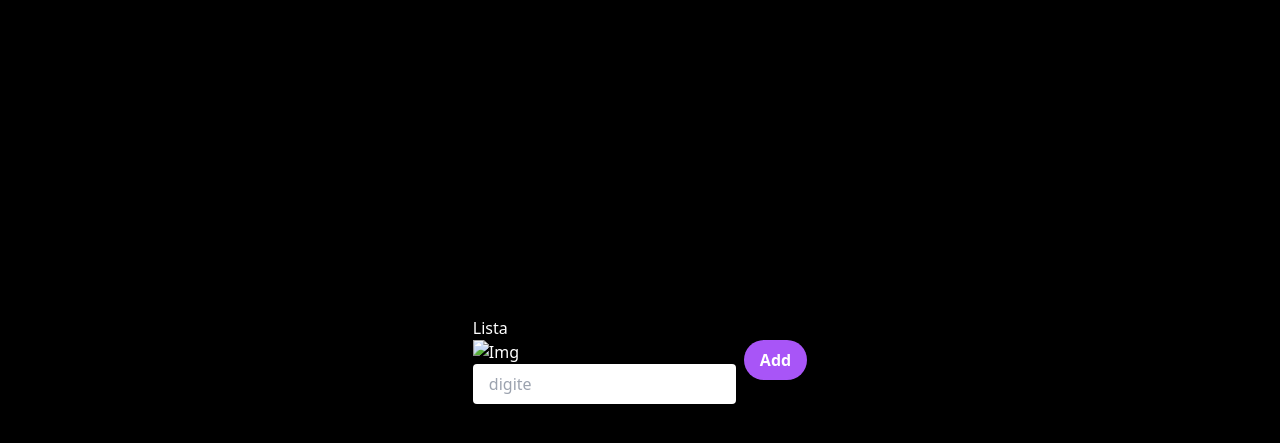
Repository: LuisSempre/FundamentosReact
Page: /
These files come from the project's save history. The page is drawn as it stood at one moment and after the next save; the edit follows.
The browser window is 1280 px wide. The pictures show the whole page.
The page's requests for data from a server got no answer. The project was rebuilt for these pictures with package versions that can differ from the ones it lists, and the page was loaded fresh each time. No one was signed in, and anything a server would have sent is missing. Also part of the build but not shown: vite.config.js, src/components/Card.tsx.

Above is the page before, as saved 2022-06-28 20:10:21.

After the next save:
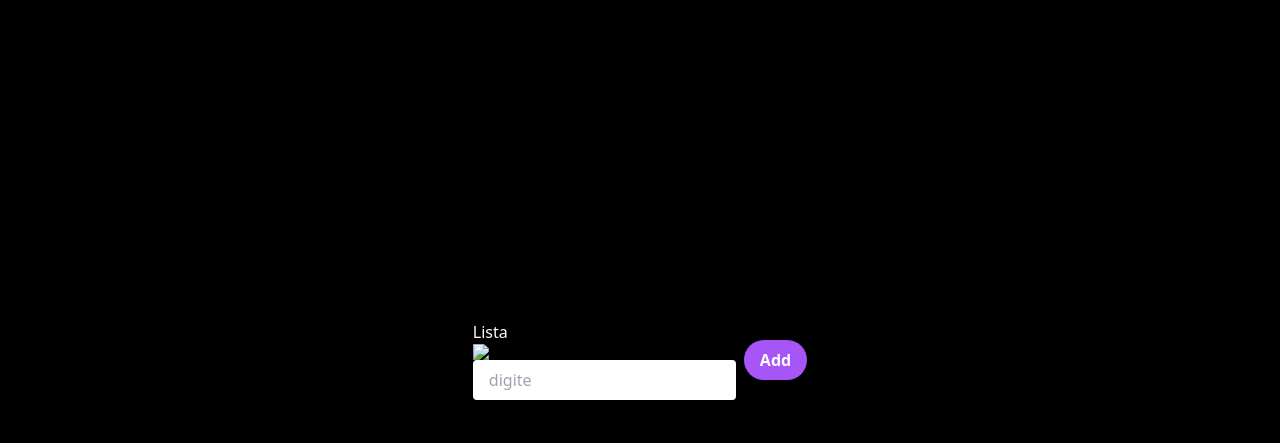
Saved 19 s later.
--- a/src/pages/Home.jsx
+++ b/src/pages/Home.jsx
@@ -33,7 +33,7 @@ export function Home() {
         <h1>Lista</h1>
         <div>
           <strong>{user.name}</strong>
-          <img src={user.avatar} alt="Img" />
+          <img className="w-4 h-4" src={user.avatar} alt="Img" />
         </div>
         <input
           onChange={(e) => setStudent(e.target.value)}
